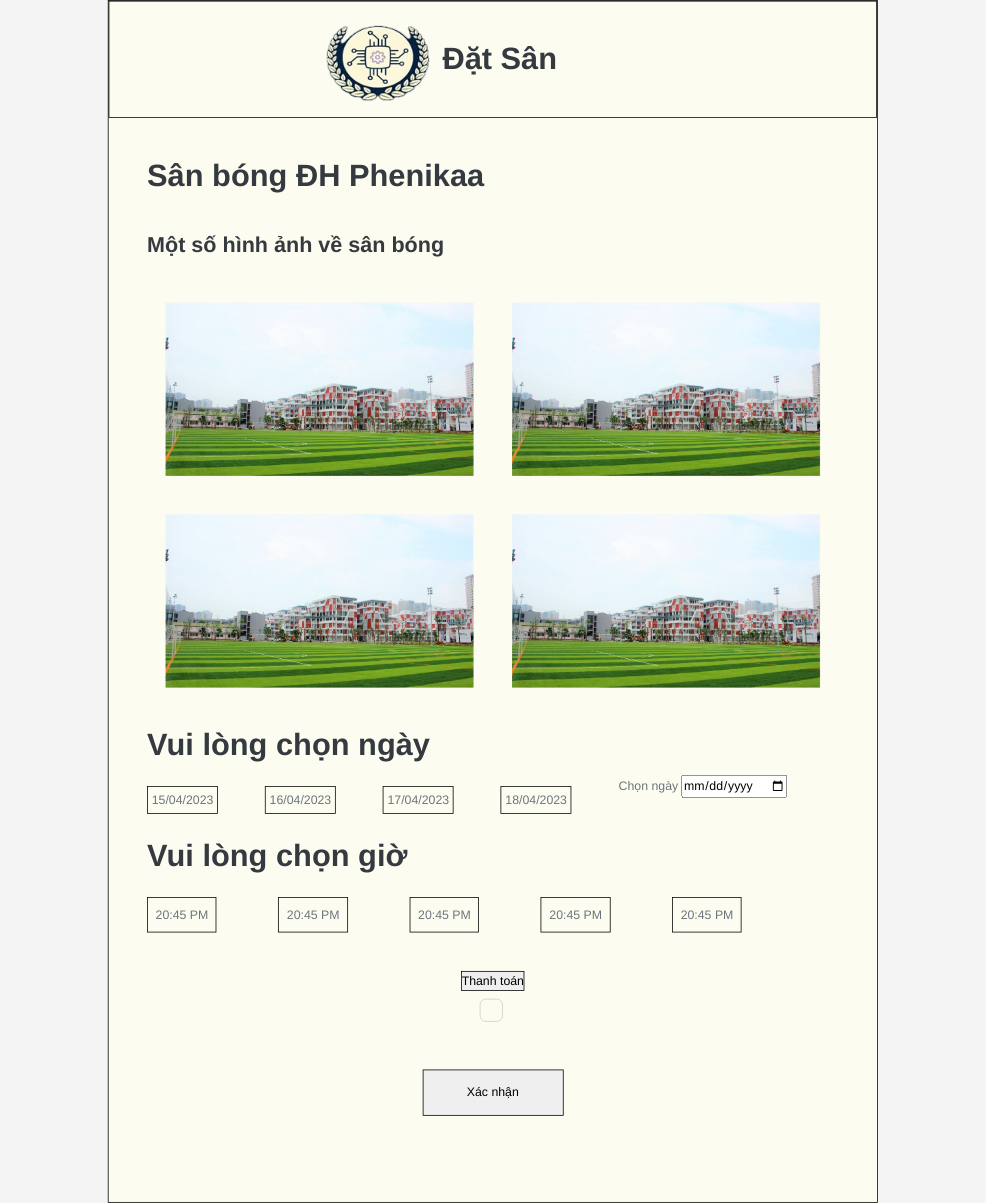
Repository: tus3300/BTL
Page: code/tacket.html
These files come from the project's save history. The page is drawn as it stood at one moment and after the next save; the edit follows.
The browser window is 1280 px wide. The pictures show the whole page, at 77% of full size.

Above is the page before, as saved 2023-05-20 23:50:18.

### code/tacket.html
<div class="tacket">
    <link href="css/style.css" rel="stylesheet">
    <link href="https://cdnjs.cloudflare.com/ajax/libs/font-awesome/5.15.0/css/all.min.css" rel="stylesheet">
    <link href="lib/owlcarousel/assets/owl.carousel.min.css" rel="stylesheet">
    <link rel="stylesheet" href="test.css">
    <link rel="preconnect" href="https://fonts.gstatic.com">
    <link href="https://fonts.googleapis.com/css2?family=Roboto:wght@300;400;500;700;900&display=swap" rel="stylesheet">
    <div class="head-tacket">
        <img src="./img/logo.png" alt="" class="">
        <h1 class="">Đặt Sân</h1>
    </div>
    <div id="toast"></div>
    <div class="main-tacket">
        <div class="head-main-tacket">
            <h1 class="">Sân bóng ĐH Phenikaa</h1>
            <h3 class="">Một số hình ảnh về sân bóng</h3>
            <div class="main-tacket-img">
                <img src="./img/news-500x280-4.jpg" alt="" class="">
                <img src="./img/news-500x280-4.jpg" alt="" class="">
                <img src="./img/news-500x280-4.jpg" alt="" class="">
                <img src="./img/news-500x280-4.jpg" alt="" class="">
            </div>
        </div>
        <div class="main-main-tacket">
            <div class="day-main-ticket">
                <h1 class="h1-main-tacket">Vui lòng chọn ngày</h1>
                <div class="round-ul">
                    <ul class="ul-day-tacket">
                        <li class="li-tacket">
                            <div class="item-tacket">
                                15/04/2023
                            </div>
                        </li>
                        <li class="li-tacket">
                            <div class="item-tacket">
                                16/04/2023
                            </div>
                        </li>
                        <li class="li-tacket">
                            <div class="item-tacket">
                                17/04/2023
                            </div>
                        </li>
                        <li class="li-tacket">
                            <div class="item-tacket">
                                18/04/2023
                            </div>
                        </li>

                        <div class="datepicker">
                            <label for="dateofbirth">Chọn ngày</label>
                            <input type="date" name="dateofbirth" id="dateofbirth">
                        </div>
                    </ul>
                </div>
            </div>

            <div class="hour-main-ticket">
                <h1 class="h1-main-tacket">Vui lòng chọn giờ</h1>
                <ul class="ul-hour-ticket">
                    <li class="li-hour-ticket">
                        <div class="hour-ticket">20:45 PM</div>
                    </li>
                    <li class="li-hour-ticket">
                        <div class="hour-ticket">20:45 PM</div>
                    </li>
                    <li class="li-hour-ticket">
                        <div class="hour-ticket">20:45 PM</div>
                    </li>
                    <li class="li-hour-ticket">
                        <div class="hour-ticket">20:45 PM</div>
                    </li>
                    <li class="li-hour-ticket">
                        <div class="hour-ticket">20:45 PM</div>
                    </li>
                </ul>
            </div>
        </div>
    </div>

    <div class="foot-ticket">
        <div class="bill-ticket">
            <button>Thanh toán</button>
        </div>
        <div class="check-bill">
            <style>
              .checkbox-style {
                display: inline-flex;
                align-items: center;
                gap: 10px;
                cursor: pointer;
                display: flex;
                justify-content: center;
                align-items: center;
                margin-top: 10px;
                margin-left: 5px;
              }
              .checkbox-label {
                cursor: pointer;
              }
              .checkbox-style input {
                display: none;
              }
              .checkbox-box {
                width: 30px;
                height: 30px;
                border: 1px solid #ccc;
                border-radius: 8px;
                padding: 5px;
                color: transparent;
                transition: all 0.2s linear;
              }
              .checkbox-input:checked + .checkbox-box {
                background-color: #6a5af9;
                border-color: #6a5af9;
                color: white;
              }
            </style>
            <label for="checkbox" class="checkbox-style">
              <input
                type="checkbox"
                name="evondev"
                id="checkbox"
                class="checkbox-input"
              />
              <div class="checkbox-box">
                <svg
                  xmlns="http://www.w3.org/2000/svg"
                  class="h-5 w-5"
                  viewBox="0 0 20 20"
                  fill="currentColor"
                >
                  <path
                    fill-rule="evenodd"
                    d="M16.707 5.293a1 1 0 010 1.414l-8 8a1 1 0 01-1.414 0l-4-4a1 1 0 011.414-1.414L8 12.586l7.293-7.293a1 1 0 011.414 0z"
                    clip-rule="evenodd"
                  />
                </svg>
              </div>
              <label for="checkbox" class="checkbox-label"></label>
            </label>
        </div>
        <div class="check-ticket">
          <div class="btn"><a href="" class=""><button>Xác nhận</button></a></div>
        </div>
    </div>
</div>
<script src="js/date.js"></script>
<script src="js/test.js"></script>

### code/css/test.css
* {
  padding: 0;
  margin: 0;
  box-sizing: border-box;
}

body {
  height: 100vh;
  display: flex;
  flex-direction: column;
  font-family: "Helvetica Neue";
  background-color: #f4f4f5;
}

body > div {
  margin: auto;
}

/* ======= Buttons ======== */

/* Block */
.btn {
  display: inline-block;
  text-decoration: none;
  background-color: transparent;
  border: none;
  outline: none;
  color: #fff;
  padding: 12px 48px;
  border-radius: 50px;
  cursor: pointer;
  min-width: 120px;
  transition: opacity 0.2s ease;
}

/* Modifier */
.btn--size-l {
  padding: 16px 56px;
}

.btn--size-s {
  padding: 8px 32px;
}

.btn:hover {
  opacity: 0.8;
}

.btn + .btn {
  margin-left: 16px;
}

.btn--success {
  background-color: #71be34;
}

.btn--warn {
  background-color: #ffb702;
}

.btn--danger {
  background-color: #ff623d;
}

.btn--disabled {
  opacity: 0.5 !important;
  cursor: default;
}

/* ======= Toast message ======== */

#toast {
  position: fixed;
  top: 32px;
  right: 32px;
  z-index: 999999;
}

.toast {
  display: flex;
  align-items: center;
  background-color: #fff;
  border-radius: 2px;
  padding: 20px 0;
  min-width: 400px;
  max-width: 450px;
  border-left: 4px solid;
  box-shadow: 0 5px 8px rgba(0, 0, 0, 0.08);
  transition: all linear 0.3s;
}

@keyframes slideInLeft {
  from {
    opacity: 0;
    transform: translateX(calc(100% + 32px));
  }
  to {
    opacity: 1;
    transform: translateX(0);
  }
}

@keyframes fadeOut {
  to {
    opacity: 0;
  }
}

.toast--success {
  border-color: #47d864;
}

.toast--success .toast__icon {
  color: #47d864;
}

.toast--info {
  border-color: #2f86eb;
}

.toast--info .toast__icon {
  color: #2f86eb;
}

.toast--warning {
  border-color: #ffc021;
}

.toast--warning .toast__icon {
  color: #ffc021;
}

.toast--error {
  border-color: #ff623d;
}

.toast--error .toast__icon {
  color: #ff623d;
}

.toast + .toast {
  margin-top: 24px;
}

.toast__icon {
  font-size: 24px;
}

.toast__icon,
.toast__close {
  padding: 0 16px;
}

.toast__body {
  flex-grow: 1;
}

.toast__title {
  font-size: 16px;
  font-weight: 600;
  color: #333;
}

.toast__msg {
  font-size: 14px;
  color: #888;
  margin-top: 6px;
  line-height: 1.5;
}

.toast__close {
  font-size: 20px;
  color: rgba(0, 0, 0, 0.3);
  cursor: pointer;
}

### code/js/date.js
const itemTacket = document.querySelectorAll('.item-tacket');

itemTacket.forEach((item) => {
    item.addEventListener("click" ,function(event){
        itemTacket.forEach((el) => el.classList.remove('active'));
        event.target.classList.add('active')
    })
})


const hourticket = document.querySelectorAll('.hour-ticket');

hourticket.forEach((item) => {
    item.addEventListener("click" ,function(event){
        hourticket.forEach((el) => el.classList.remove('active'));
        event.target.classList.add('active')
    })
})

### code/js/test.js

  // Toast function
function toast({ title = "", message = "", type = "info", duration = 3000 }) {
  const main = document.getElementById("toast");
  if (main) {
    const toast = document.createElement("div");

    // Auto remove toast
    const autoRemoveId = setTimeout(function () {
      main.removeChild(toast);
    }, duration + 1000);

    // Remove toast when clicked
    toast.onclick = function (e) {
      if (e.target.closest(".toast__close")) {
        main.removeChild(toast);
        clearTimeout(autoRemoveId);
      }
    };

    const icons = {
      success: "fas fa-check-circle",
      info: "fas fa-info-circle",
      warning: "fas fa-exclamation-circle",
      error: "fas fa-exclamation-circle"
    };
    const icon = icons[type];
    const delay = (duration / 1000).toFixed(2);

    toast.classList.add("toast", `toast--${type}`);
    toast.style.animation = `slideInLeft ease .3s, fadeOut linear 1s ${delay}s forwards`;

    toast.innerHTML = `
                    <div class="toast__icon">
                        <i class="${icon}"></i>
                    </div>
                    <div class="toast__body">
                        <h3 class="toast__title">${title}</h3>
                        <p class="toast__msg">${message}</p>
                    </div>
                    <div class="toast__close">
                        <i class="fas fa-times"></i>
                    </div>
                `;
    main.appendChild(toast);
  }
}
function showSuccessToast() {
  toast({
    title: "Thành công!",
    message: "Bạn đã đăng ký thành công tài khoản tại F8.",
    type: "success",
    duration: 5000
  });
}

function showErrorToast() {
  toast({
    title: "Thất bại!",
    message: "Có lỗi xảy ra, vui lòng liên hệ quản trị viên.",
    type: "error",
    duration: 5000
  });
}

Loaded but not shown: code/css/style.css (library); code/lib/owlcarousel/assets/owl.carousel.min.css (common file)

After the next save:
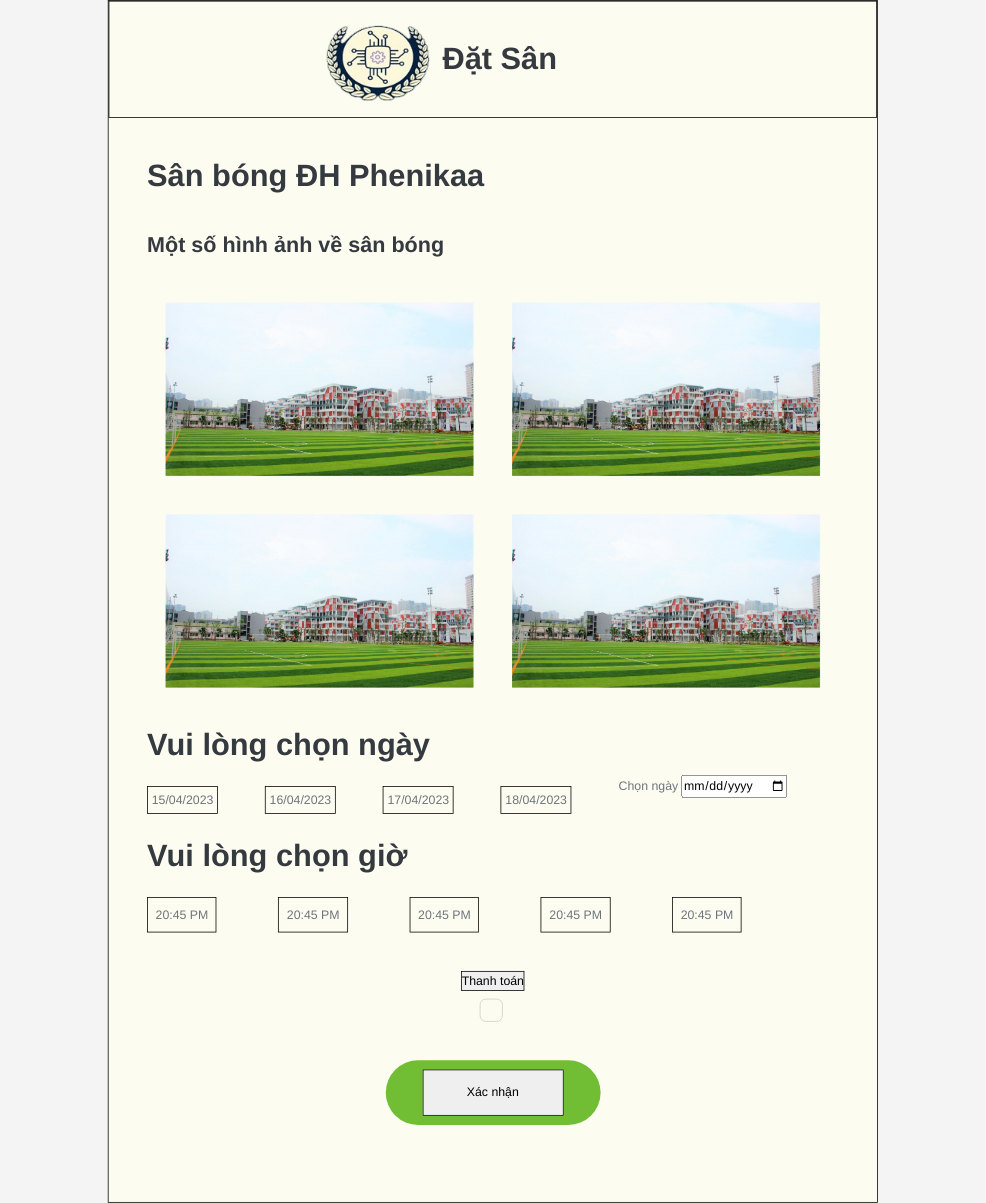
Saved 32 s later.
--- a/code/tacket.html
+++ b/code/tacket.html
@@ -141,7 +141,7 @@
             </label>
         </div>
         <div class="check-ticket">
-          <div class="btn"><a href="" class=""><button>Xác nhận</button></a></div>
+          <div onclick="showSuccessToast();" class="btn btn--success"><a href="" class=""><button>Xác nhận</button></a></div>
         </div>
     </div>
 </div>
